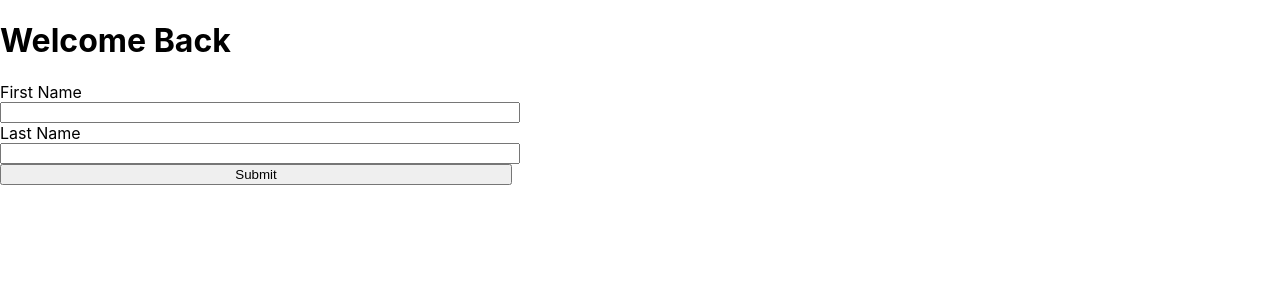
Repository: fatimash2123/todoApp
Page: /
An editor plug-in stored every save of this project. The page is shown before and after the next save, followed by the edit.
The browser window is 1280 px wide. The pictures show the whole page.
The project was rebuilt for these pictures with package versions that can differ from the ones it lists, and the page was loaded fresh each time.

Above is the page before, as saved 2024-02-12 10:47:04.

### src/App.tsx
import Login from './pages/Login/Login';

function App() {
  return (
    <Login/>
  );
}

export default App;

### src/pages/Login/Login.tsx
import styles from "./Login.module.css";
function Login() {
  return (
    <>
      <h1>Welcome Back</h1>
      <form className={styles.formStyles} action="/action_page.php">
        <label htmlFor="name">First Name</label>
        <input
          type="text"
          id="name"
          name="name"
        />

        <label htmlFor="email">Last Name</label>
        <input
          type="email"
          id="email"
          name="email"
        />

        <input type="submit" value="Submit" />
      </form>
    </>
  );
}
export default Login;

### src/pages/Login/Login.module.css
.formStyles{
    display: flex;
    flex-direction: column;
    margin: "2%";

}

input{
    width: 40%;
}

Loaded but not shown: public/index.html (common file); src/index.tsx (common file); src/index.css (common file); src/reportWebVitals.ts (common file)

After the next save:
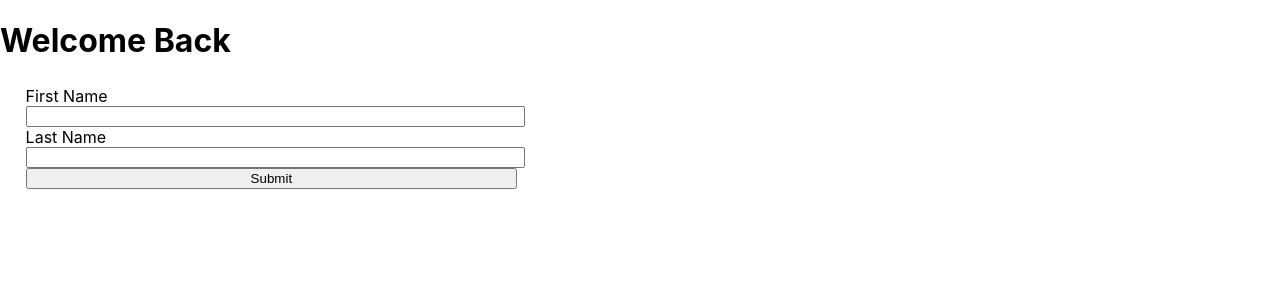
Saved 8 s later.
--- a/src/pages/Login/Login.module.css
+++ b/src/pages/Login/Login.module.css
@@ -1,7 +1,7 @@
 .formStyles{
     display: flex;
     flex-direction: column;
-    margin: "2%";
+    margin: 2%;
 
 }
 
